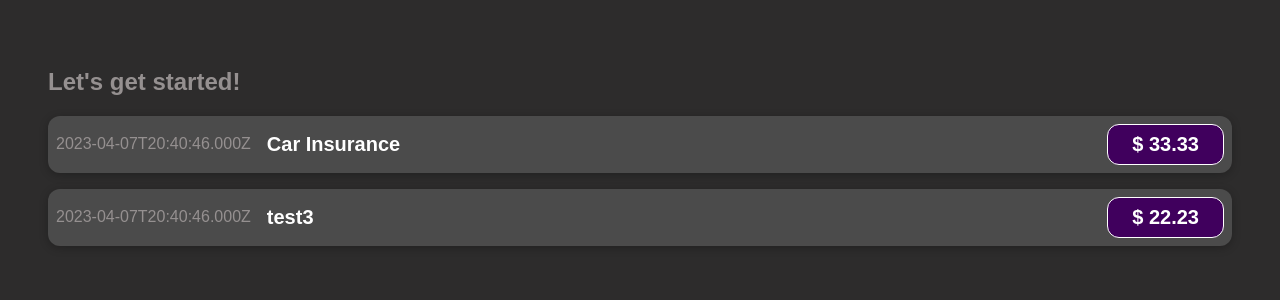
Repository: andresmazza/react-lesson
Page: /
These files come from the project's save history. The page is drawn as it stood at one moment and after the next save; the edit follows.
The browser window is 1280 px wide. The pictures show the whole page.
The project was rebuilt for these pictures with package versions that can differ from the ones it lists, and the page was loaded fresh each time. Also part of the build but not shown: src/App.css.

Above is the page before, as saved 2023-04-07 23:44:30.

After the next save:
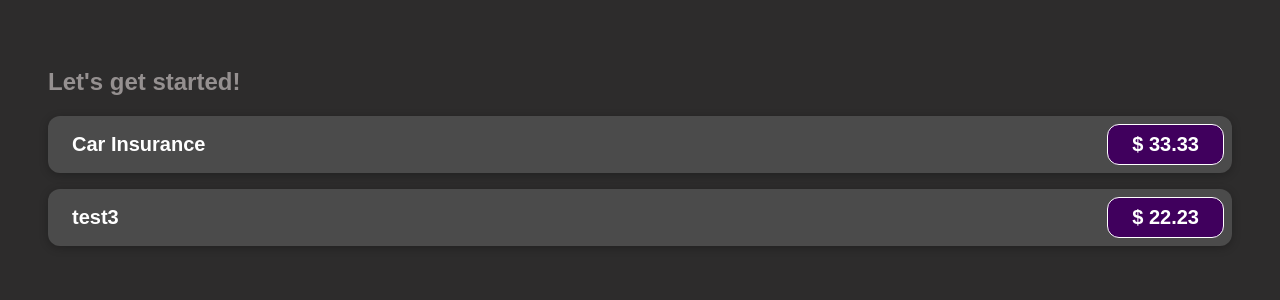
Saved 9 min 42 s later.
--- a/src/components/ExpenseItem.js
+++ b/src/components/ExpenseItem.js
@@ -5,7 +5,9 @@ function ExpenseItem(props) {
 
     return (
       <div className='expense-item'>
-        <div>{props.date.toISOString()}</div>
+        <div>
+            <div>{props.date.month}</div>
+        </div>
         <div className='expense-item__description'>
             <h2>{props.title}</h2>
             <div className='expense-item__price'>$ {props.amount}</div>
